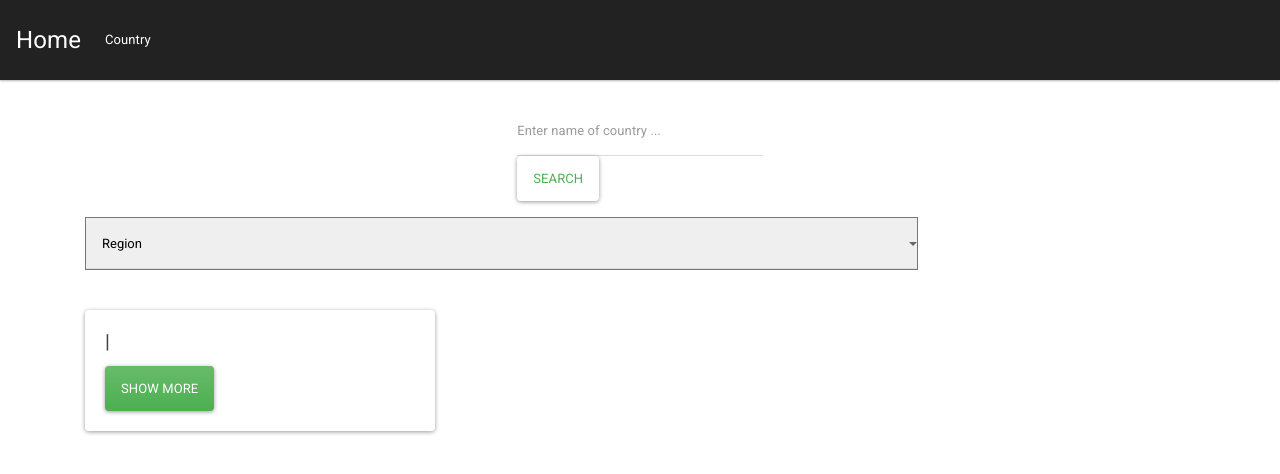
Repository: abdelhak-f/Countries_React
Page: / (app in client/)
These files come from the project's save history. The page is drawn as it stood at one moment and after the next save; the edit follows.
The browser window is 1280 px wide. The pictures show the whole page.
The page's requests for data from a server got no answer. The project was rebuilt for these pictures with package versions that can differ from the ones it lists, and the page was loaded fresh each time. No one was signed in, and anything a server would have sent is missing. Also part of the build but not shown: client/src/components/countrys/ProfilCountry.jsx.

Above is the page before, as saved 2021-05-12 10:51:49.

After the next save:
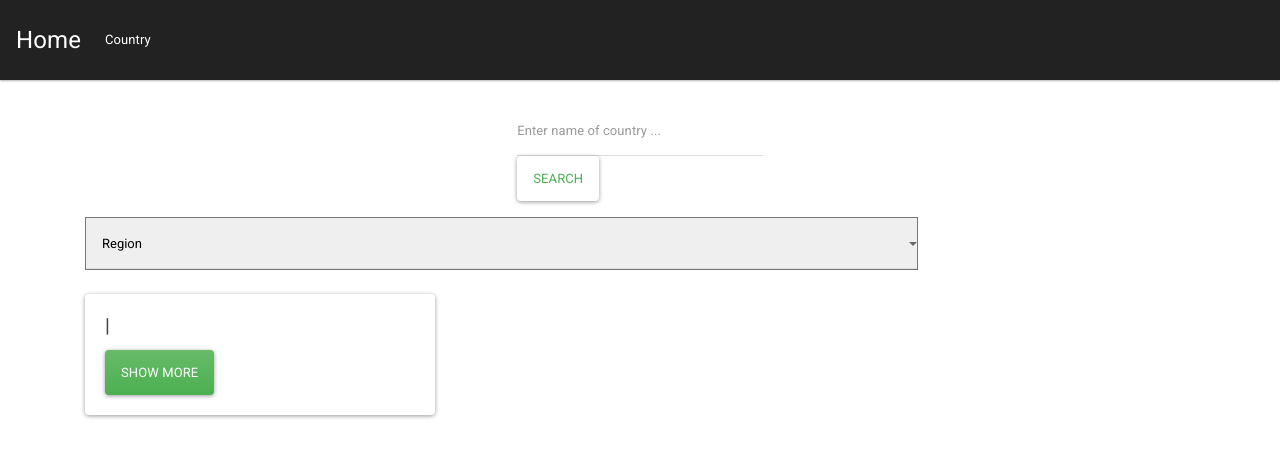
Saved 34 s later.
--- a/client/src/components/countrys/ContinentRegion.jsx
+++ b/client/src/components/countrys/ContinentRegion.jsx
@@ -36,7 +36,7 @@ import React, { useState, useEffect } from "react";
                 <option value="Europe">Europe</option>
                 <option value="Oceania">Oceania</option>
             </select>
-            <div className="countainer card row my-2  ">
+            <div className="countainer card row  ">
                 {output.map((res, index) => (
                     <>
                         <div className='card my-2' key={index}>
